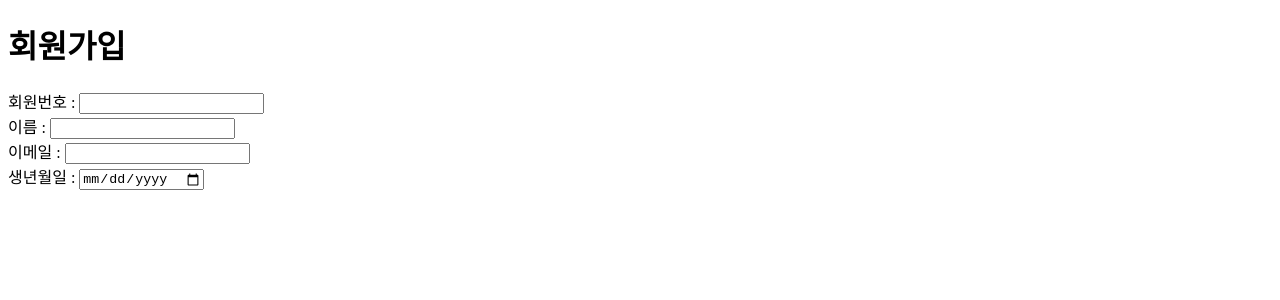
Repository: 2Mihye/servlet-jsp-workspace
Page: http://localhost/Join/register.jsp
The author's editor kept a copy of each file at every save. The page is drawn from the files as they stood at one save, then again after the next save.
The browser window is 1280 px wide. The pictures show the whole page.
The page is served by Tomcat 9.

Above is the page before, as saved 2023-11-07 01:40:29.

After the next save:
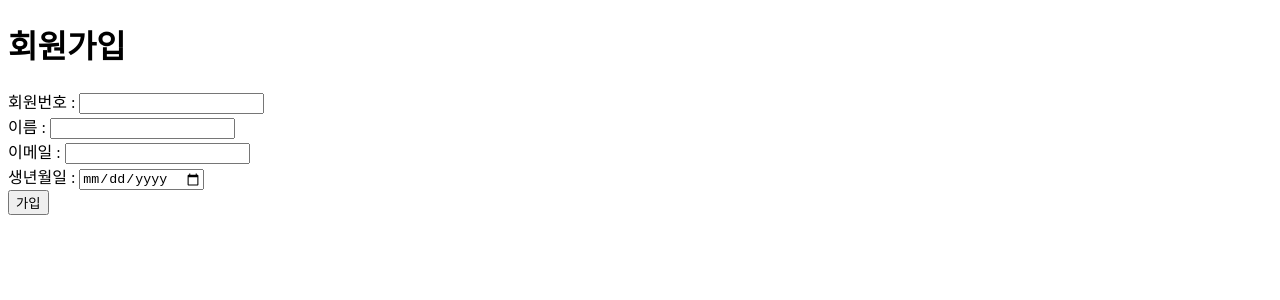
Saved 19 s later.
--- a/Join/src/main/webapp/register.jsp
+++ b/Join/src/main/webapp/register.jsp
@@ -21,6 +21,8 @@
 
 			<label for="mbirth">생년월일 : </label>
 			<input type="date" id="mbirth" name="mbirth" required><br>
+
+			<input type="submit" value="가입">
 		</form>
 
 	</body>
